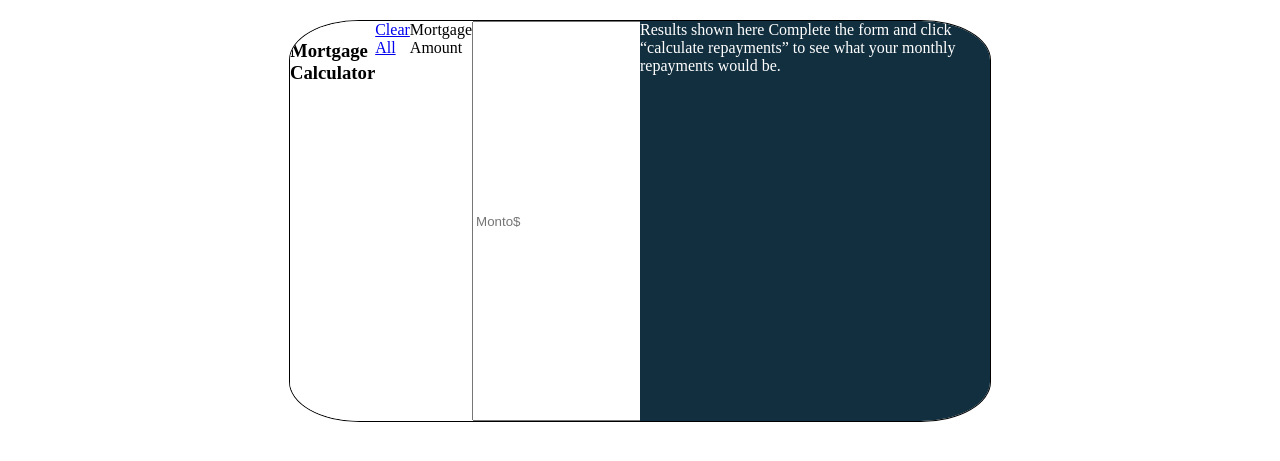
Repository: GravielPV/Mortgage-repayment-calculator
Page: index.html
The author's editor kept a copy of each file at every save. The page is drawn from the files as they stood at one save, then again after a run of saves.
The browser window is 1280 px wide. The pictures show the whole page.

Above is the page before, as saved 2025-12-11 16:53:49.

### index.html
<!DOCTYPE html>
<html lang="en">
<head>
  <meta charset="UTF-8">
  <meta name="viewport" content="width=device-width, initial-scale=1.0"> <!-- displays site properly based on user's device -->

  <link rel="icon" type="image/png" sizes="32x32" href="./assets/images/favicon-32x32.png">
  <link rel="stylesheet" href="styles.css">
  <title>Frontend Mentor | Mortgage repayment calculator</title>


</head>
<body>
  <div class="carta">

    <div class="lado izquierdo">

 <h3> Mortgage Calculator </h3>
  <a href="#">Clear All</a>

  <label for="mortgage">Mortgage Amount</label>
<input type="text" name="mortgage" id="input-mortgage" placeholder="Monto$">
<label for="">Mortgage Term</label>
<label for=""> Interest Rate</label>
  <label for="">Mortgage Type</label>
  <input type="radio">
  Repayment
  Interest Only
    </input>


  Calculate Repayments
  </div>

  <!-- Empty results start -->

  <div class="lado derecho">

  Results shown here

  Complete the form and click “calculate repayments” to see what
  your monthly repayments would be.
  </div>

  <!-- Empty results end -->

  <!-- Completed results start -->

  <div class="resultado">
  Your results

  Your results are shown below based on the information you provided.
  To adjust the results, edit the form and click “calculate repayments” again.

  Your monthly repayments

  Total you'll repay over the term
  </div>

  </div>

  <!-- Completed results end -->

</body>
</html>

### styles.css
.carta{
    width: 700px;
    height: 400px;
display: flex;
margin: 20px auto;
border-radius: 10%;
border: 1px solid rgb(0, 0, 0);
 overflow: hidden;
}

.lado{
    width: 50%;
    display: flex;

}

.izquierdo{
display: flex;
    background-color: rgb(255, 255, 255);
}

.derecho{

    background-color: hsl(202, 55%, 16%);
    color: white;
}

.resultado{
    display: none;
}

After the next 4 saves:
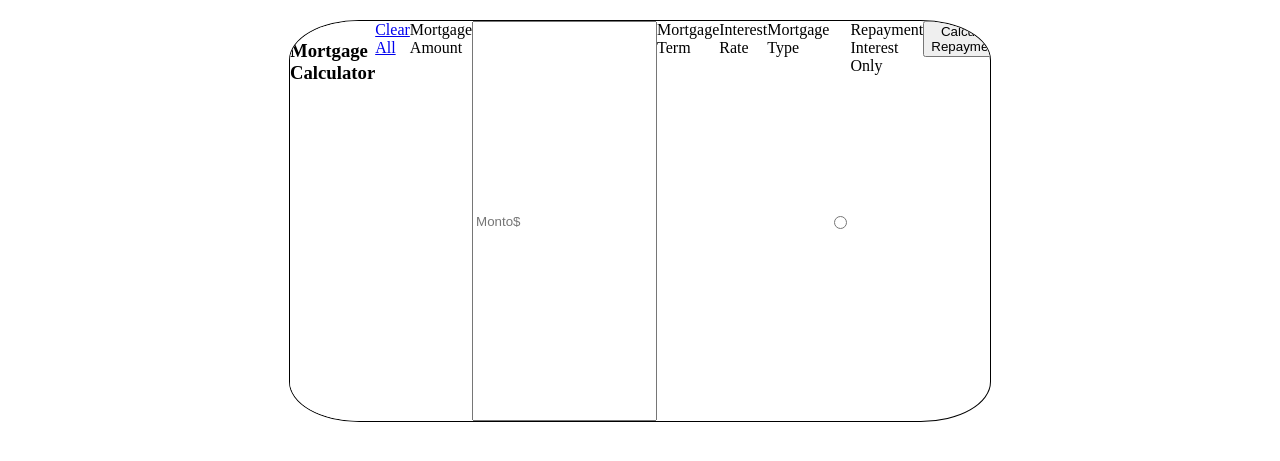
The 4 saves are shown as one change because they came seconds apart.
The last was saved 15 s later.
--- a/index.html
+++ b/index.html
@@ -27,9 +27,9 @@
   Repayment
   Interest Only
     </input>
+  <div class="boton">
 
-
-  Calculate Repayments
+    <button>Calculate Repayments</button>
   </div>
 
   <!-- Empty results start -->
